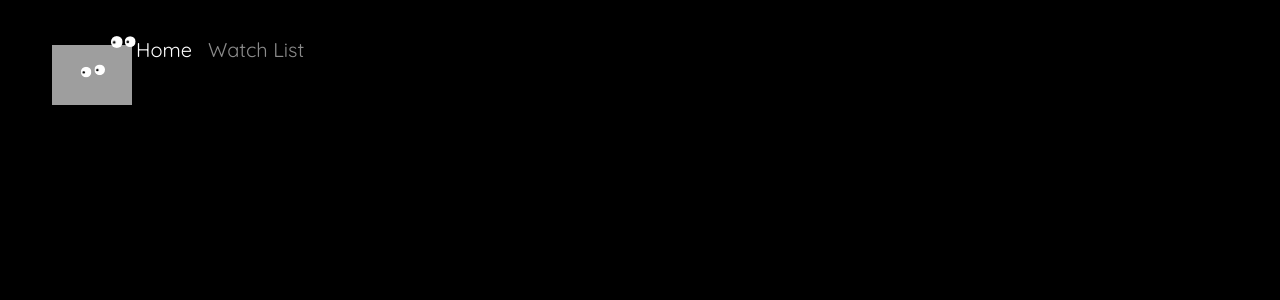
Repository: dangnguyenblackie/Movie-Review-Site
Page: / (app in movie-app/)
An editor plug-in stored every save of this project. The page is shown before and after the next save, followed by the edit.
The browser window is 1280 px wide. The pictures show the whole page.
Pictures or frames that could not be fetched are drawn as grey boxes. The page's requests for data from a server got no answer. The project was rebuilt for these pictures with package versions that can differ from the ones it lists, and the page was loaded fresh each time. No one was signed in, and anything a server would have sent is missing. Also part of the build but not shown: movie-app/vite.config.ts.

Above is the page before, as saved 2023-08-10 17:38:43.

After the next save:
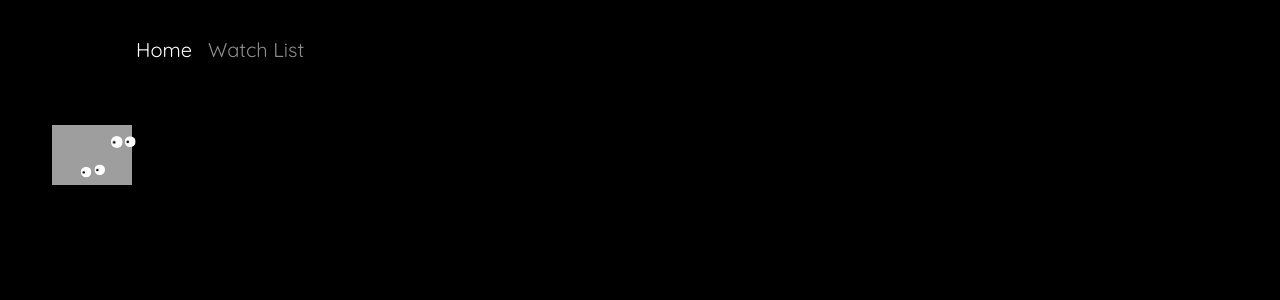
Saved 28 s later.
--- a/movie-app/src/components/morty/Morty.css
+++ b/movie-app/src/components/morty/Morty.css
@@ -16,6 +16,6 @@
 
 #rick-and-morty-container{
     scale: 20%;
-    max-height: 100px;
-    max-width: 100px;
+    min-height: 100px;
+    min-width: 100px;
 }
